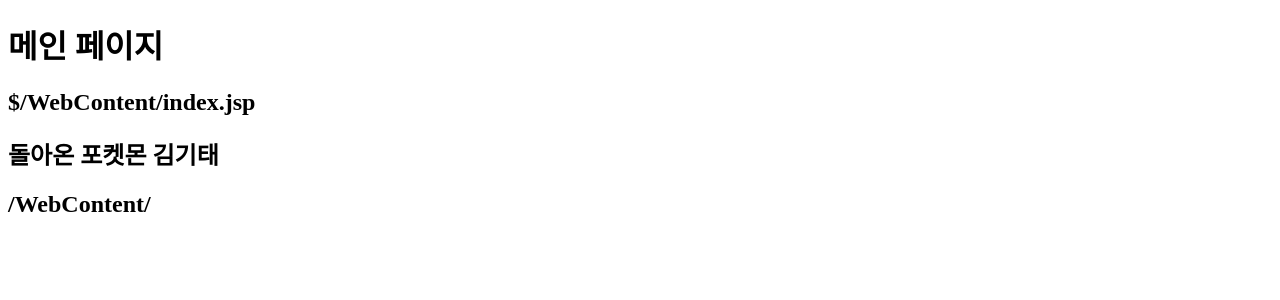
Repository: joon14/NB_pro01
Page: http://localhost/pro01/pro01
These files come from the project's save history. The page is drawn as it stood at one moment and after the next save; the edit follows.
The browser window is 1280 px wide. The pictures show the whole page.
The page is served by Tomcat 9.

Above is the page before, as saved 2024-04-03 02:46:19.

After the next save:
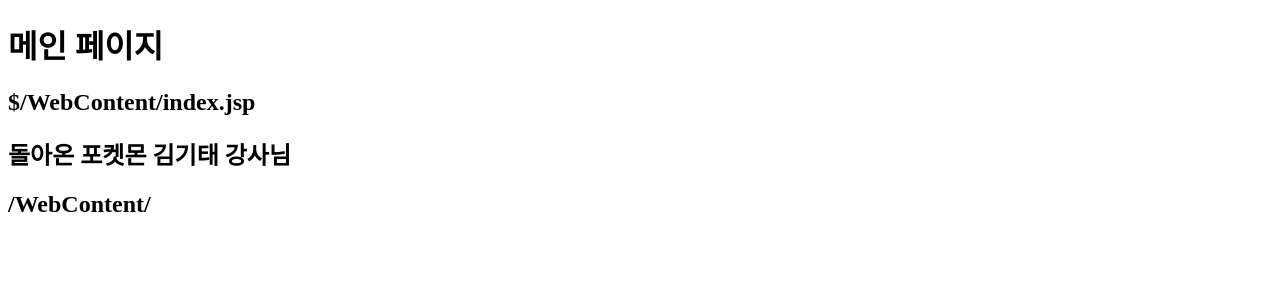
Saved 91 s later.
--- a/pro01/src/org/dapsimni/ctrl/Main.java
+++ b/pro01/src/org/dapsimni/ctrl/Main.java
@@ -19,7 +19,7 @@
     }
 
 	protected void service(HttpServletRequest request, HttpServletResponse response) throws ServletException, IOException {
-		String name = "돌아온 포켓몬 김기태";
+		String name = "돌아온 포켓몬 김기태 강사님";
 
 		ServletContext application = request.getServletContext();
 		String realPath = request.getSession().getServletContext().getRealPath("/");
